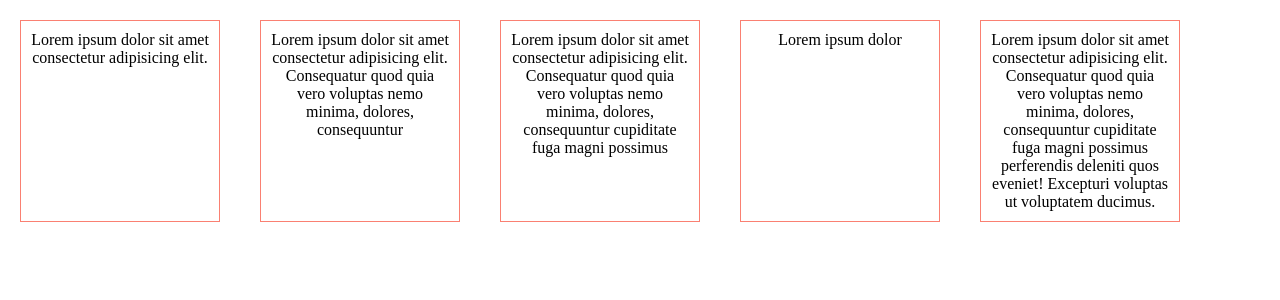
Repository: dinhconglam2306/frontend_tu_xa
Page: B07/Exercise-box-height/01-me/index.html
The author's editor kept a copy of each file at every save. The page is drawn from the files as they stood at one save, then again after the next save.
The browser window is 1280 px wide. The pictures show the whole page.

Above is the page before, as saved 2021-04-14 21:40:40.

After the next save:
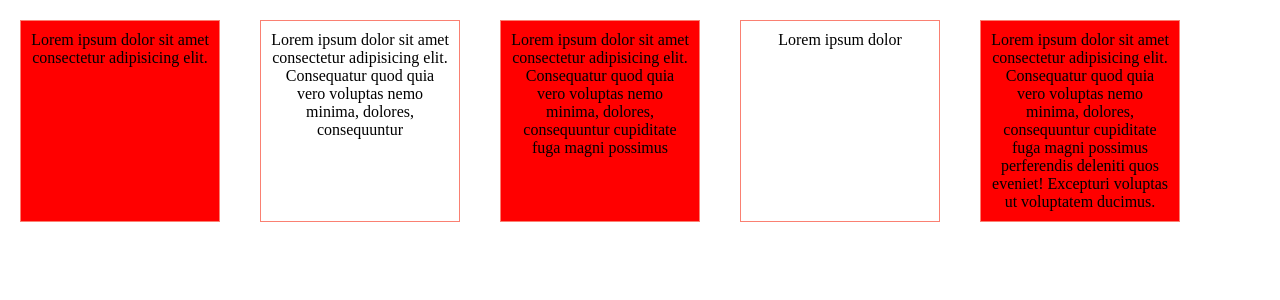
Saved 75 s later.
--- a/B07/Exercise-box-height/01-me/js/main.js
+++ b/B07/Exercise-box-height/01-me/js/main.js
@@ -12,4 +12,7 @@
 
 for (var j = 0; j < box.length; j++) {
   box.item(j).style.height = maxBoxHeight + "px";
+  if (j % 2 != 1) {
+    box.item(j).style.backgroundColor = "red";
+  }
 }
